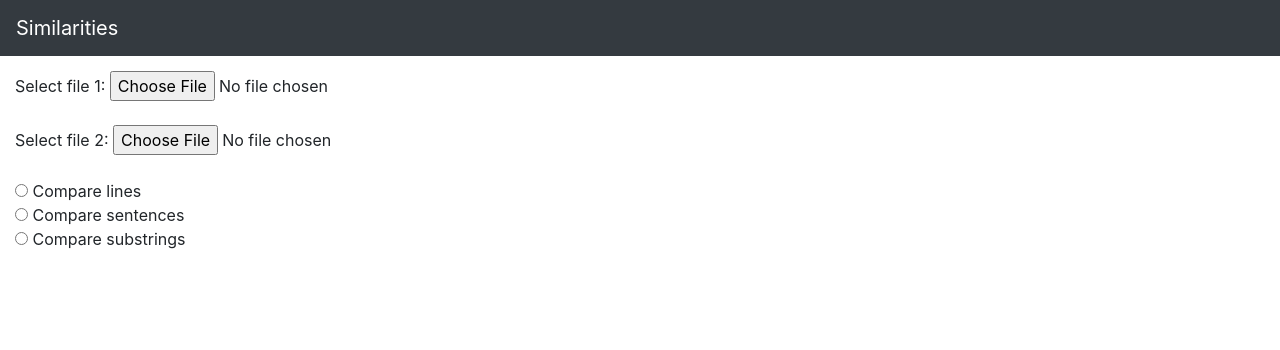
Repository: veeSauce/cs50
Page: http://localhost/
The author's editor kept a record of every edit. The page is drawn from the files as they stood at one moment, then again after the next edit.
The browser window is 1280 px wide. The pictures show the whole page.
Some web libraries are served in a nearby version. The page is served by the project's application, run on Flask 3 (pset7/similarities/application.py).

Above is the page before.

After the next edit:
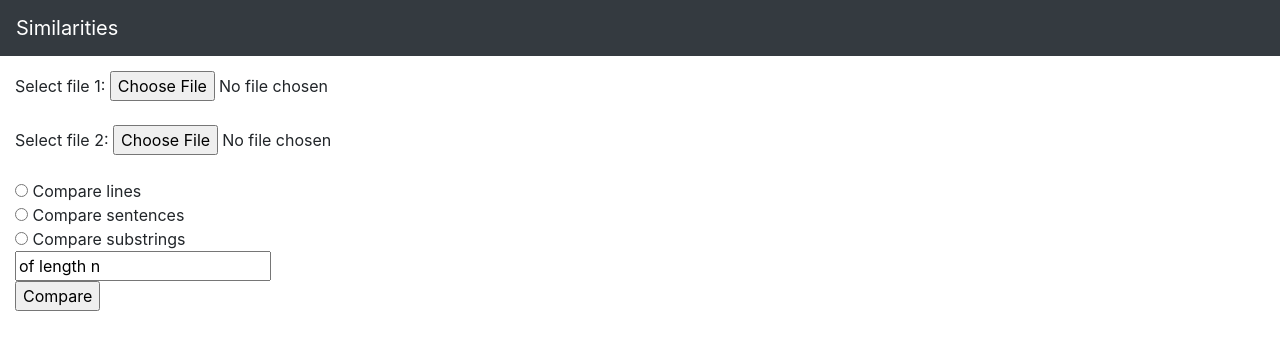
The edit:
--- a/pset7/similarities/templates/index.html
+++ b/pset7/similarities/templates/index.html
@@ -11,6 +11,8 @@
         <input type="radio" name="lines" value="male"> Compare lines<br>
         <input type="radio" name="sentences" value="female"> Compare sentences<br>
         <input type="radio" name="substrings" value="other"> Compare substrings<br>
+        <input type="text" name="n" value="of length n"><br>
+        <input type="submit" value="Compare">
         </form>
     </div>
 
